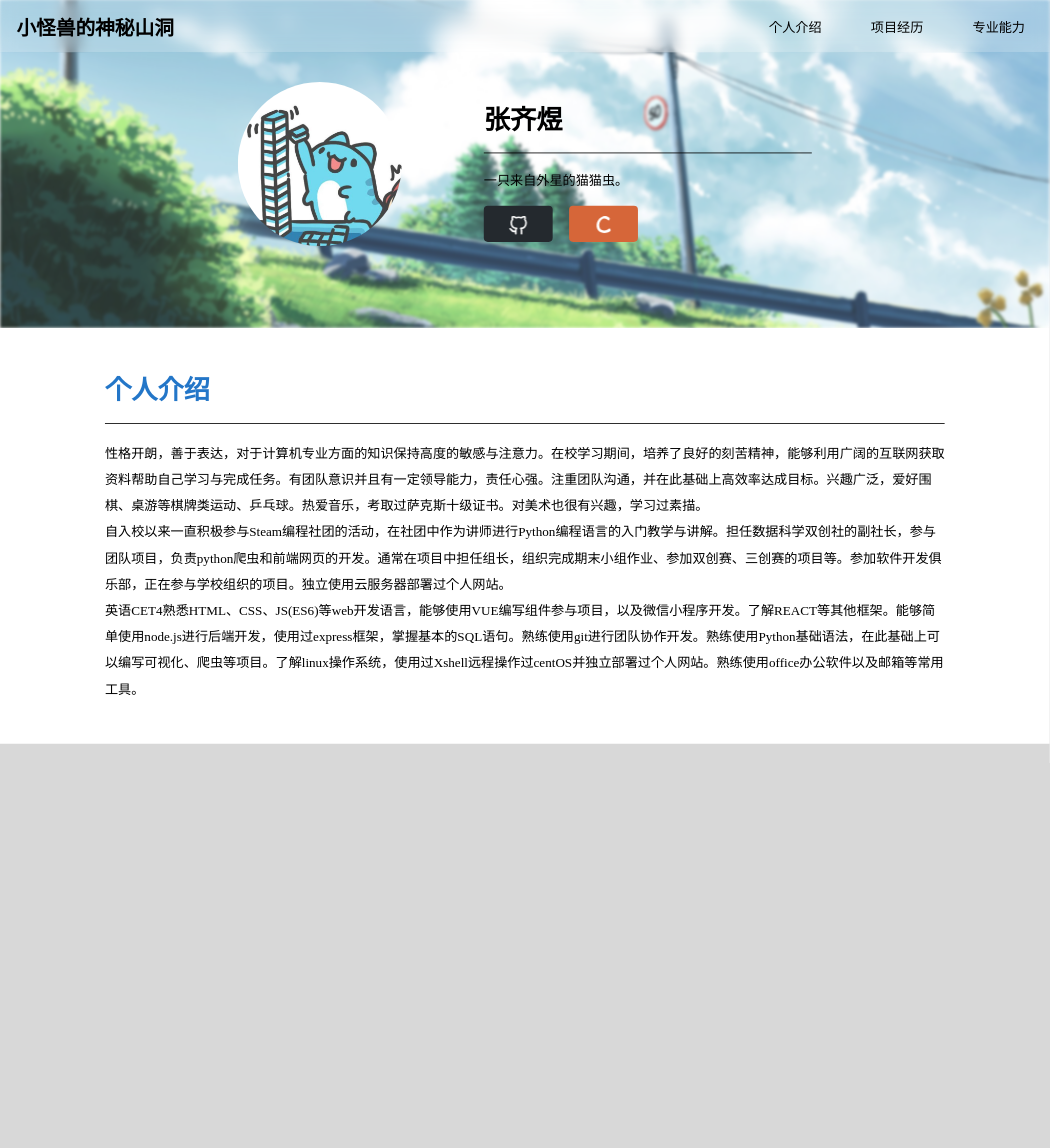
Repository: TheBiggestFatCat/myblog-frontend
Page: /
The author's editor kept a copy of each file at every save. The page is drawn from the files as they stood at one save, then again after the next save.
The browser window is 1280 px wide. The pictures show the whole page, at 82% of full size.
The project was rebuilt for these pictures with package versions that can differ from the ones it lists, and the page was loaded fresh each time. Also part of the build but not shown: vite.config.ts.

Above is the page before, as saved 2023-02-26 10:56:32.

After the next save:
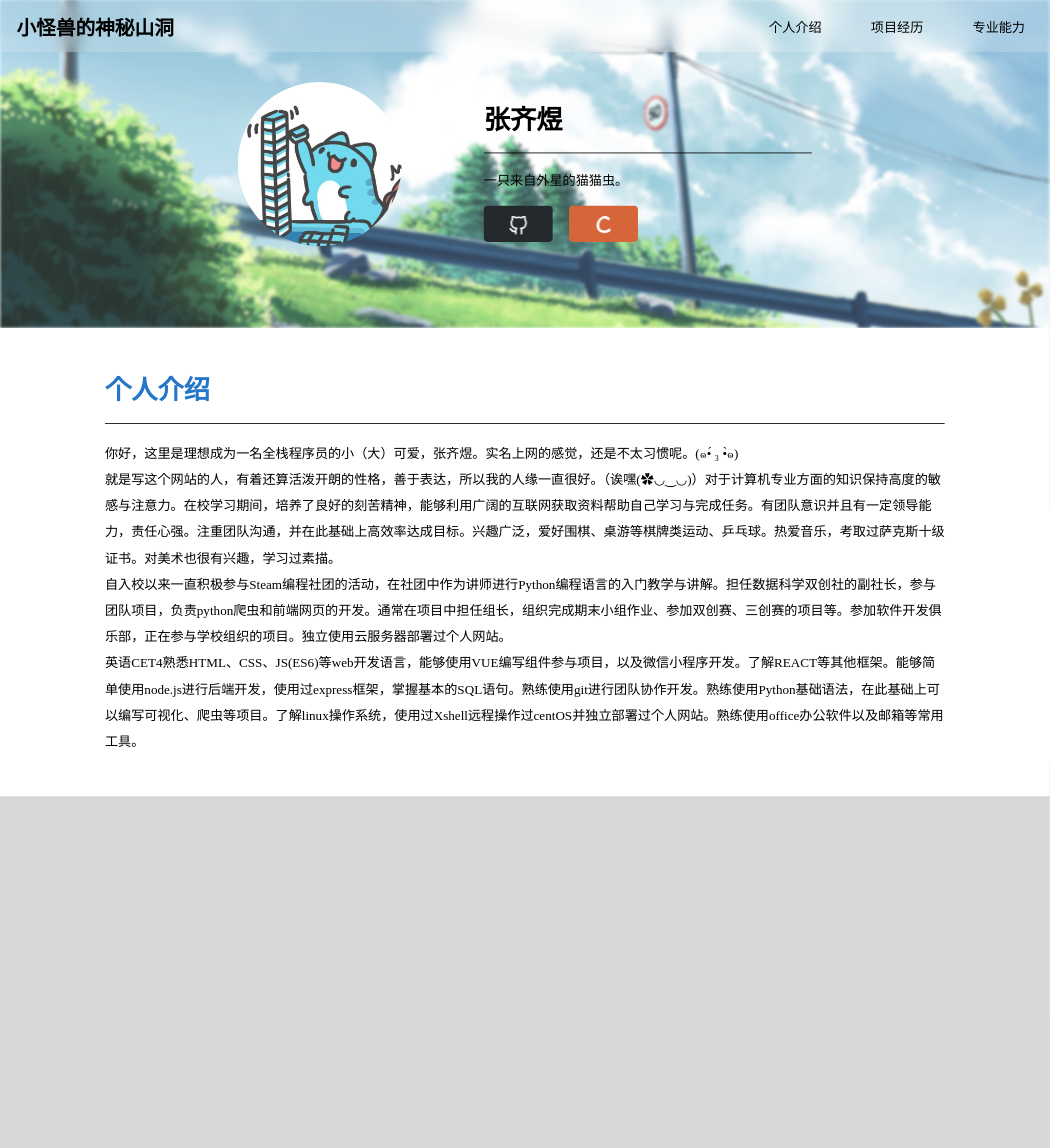
Saved 9 min 50 s later.
--- a/src/components/Home/Home.vue
+++ b/src/components/Home/Home.vue
@@ -51,7 +51,8 @@ const introduction = [
 
 // 个人介绍
 const personalText = [
-  '性格开朗，善于表达，对于计算机专业方面的知识保持高度的敏感与注意力。在校学习期间，培养了良好的刻苦精神，能够利用广阔的互联网获取资料帮助自己学习与完成任务。有团队意识并且有一定领导能力，责任心强。注重团队沟通，并在此基础上高效率达成目标。兴趣广泛，爱好围棋、桌游等棋牌类运动、乒乓球。热爱音乐，考取过萨克斯十级证书。对美术也很有兴趣，学习过素描。',
+  '你好，这里是理想成为一名全栈程序员的小（大）可爱，张齐煜。实名上网的感觉，还是不太习惯呢。(๑•́ ₃ •̀๑)',
+  '就是写这个网站的人，有着还算活泼开朗的性格，善于表达，所以我的人缘一直很好。（诶嘿(✿◡‿◡)）对于计算机专业方面的知识保持高度的敏感与注意力。在校学习期间，培养了良好的刻苦精神，能够利用广阔的互联网获取资料帮助自己学习与完成任务。有团队意识并且有一定领导能力，责任心强。注重团队沟通，并在此基础上高效率达成目标。兴趣广泛，爱好围棋、桌游等棋牌类运动、乒乓球。热爱音乐，考取过萨克斯十级证书。对美术也很有兴趣，学习过素描。',
   '自入校以来一直积极参与Steam编程社团的活动，在社团中作为讲师进行Python编程语言的入门教学与讲解。担任数据科学双创社的副社长，参与团队项目，负责python爬虫和前端网页的开发。通常在项目中担任组长，组织完成期末小组作业、参加双创赛、三创赛的项目等。参加软件开发俱乐部，正在参与学校组织的项目。独立使用云服务器部署过个人网站。',
   '英语CET4熟悉HTML、CSS、JS(ES6)等web开发语言，能够使用VUE编写组件参与项目，以及微信小程序开发。了解REACT等其他框架。能够简单使用node.js进行后端开发，使用过express框架，掌握基本的SQL语句。熟练使用git进行团队协作开发。熟练使用Python基础语法，在此基础上可以编写可视化、爬虫等项目。了解linux操作系统，使用过Xshell远程操作过centOS并独立部署过个人网站。熟练使用office办公软件以及邮箱等常用工具。'
 ]
